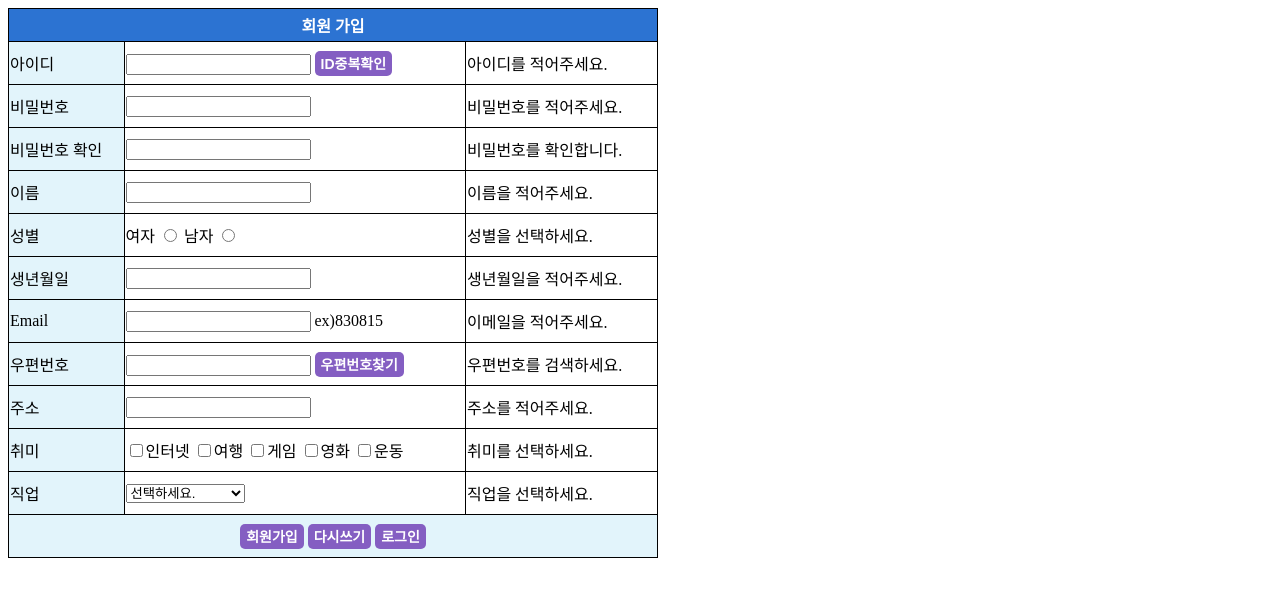
Repository: JeongminHW/Web_study
Page: HTML/myHTML/src/main/webapp/ch07/member.html
An editor plug-in stored every save of this project. The page is shown before and after the next save, followed by the edit.
The browser window is 1280 px wide. The pictures show the whole page.
Some web fonts or font styles are not loaded; a fallback is used.

Above is the page before, as saved 2024-07-10 07:51:54.

After the next save:
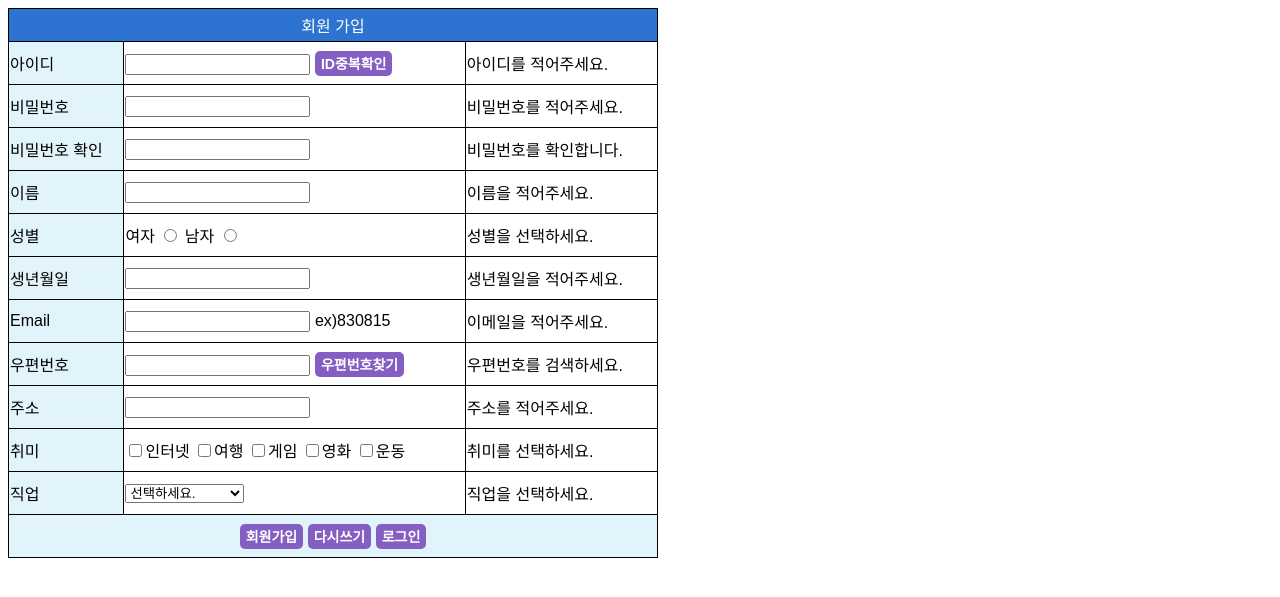
Saved 39 s later.
--- a/HTML/myHTML/src/main/webapp/ch07/mycss2.css
+++ b/HTML/myHTML/src/main/webapp/ch07/mycss2.css
@@ -1,4 +1,11 @@
 @charset "UTF-8";
+
+table, td, th {
+  font-family: "Gaegu", sans-serif;
+  font-weight: 400;
+  font-style: normal;
+}
+
 
 table{
 border: 1px solid #000;
